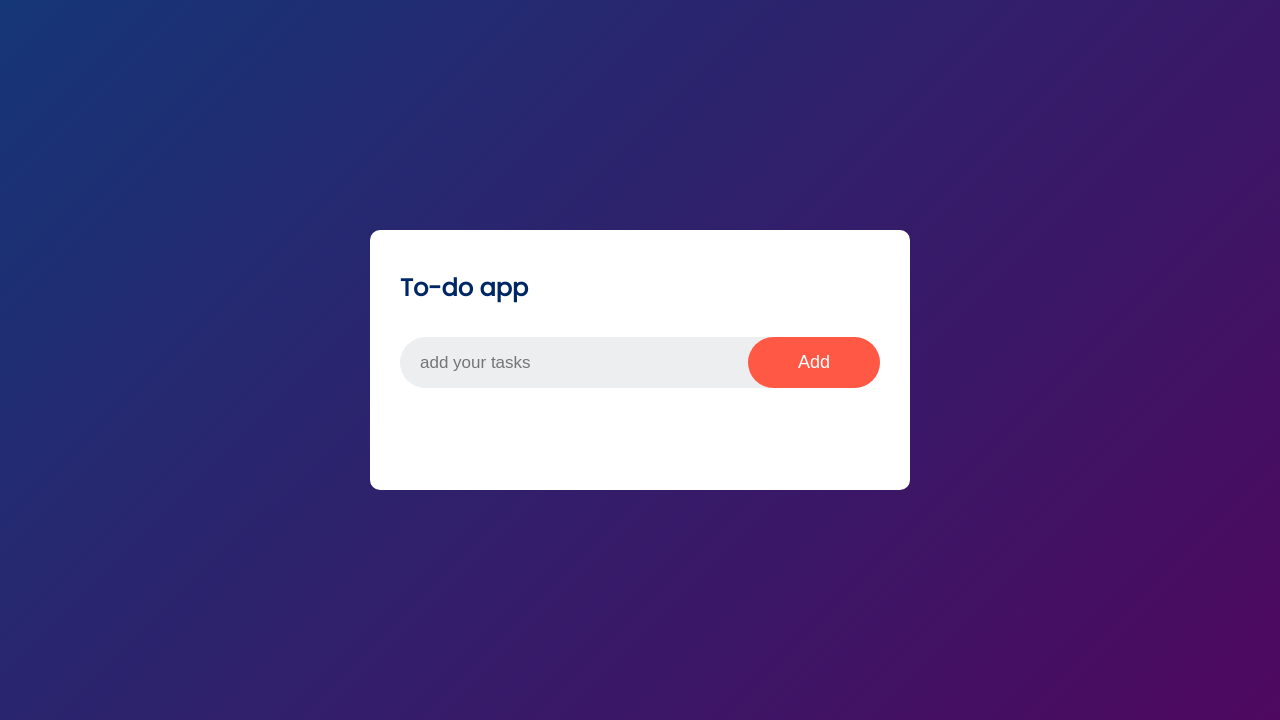
Repository: samoshi/To-do
Page: http://localhost/
These files come from the project's save history. The page is drawn as it stood at one moment and after the next save; the edit follows.
The browser window is 1280 px wide. The pictures show the whole page.
The page is served by the project's application, run on Flask 3 (app/app.py).

Above is the page before, as saved 2024-01-14 12:05:35.

After the next save:
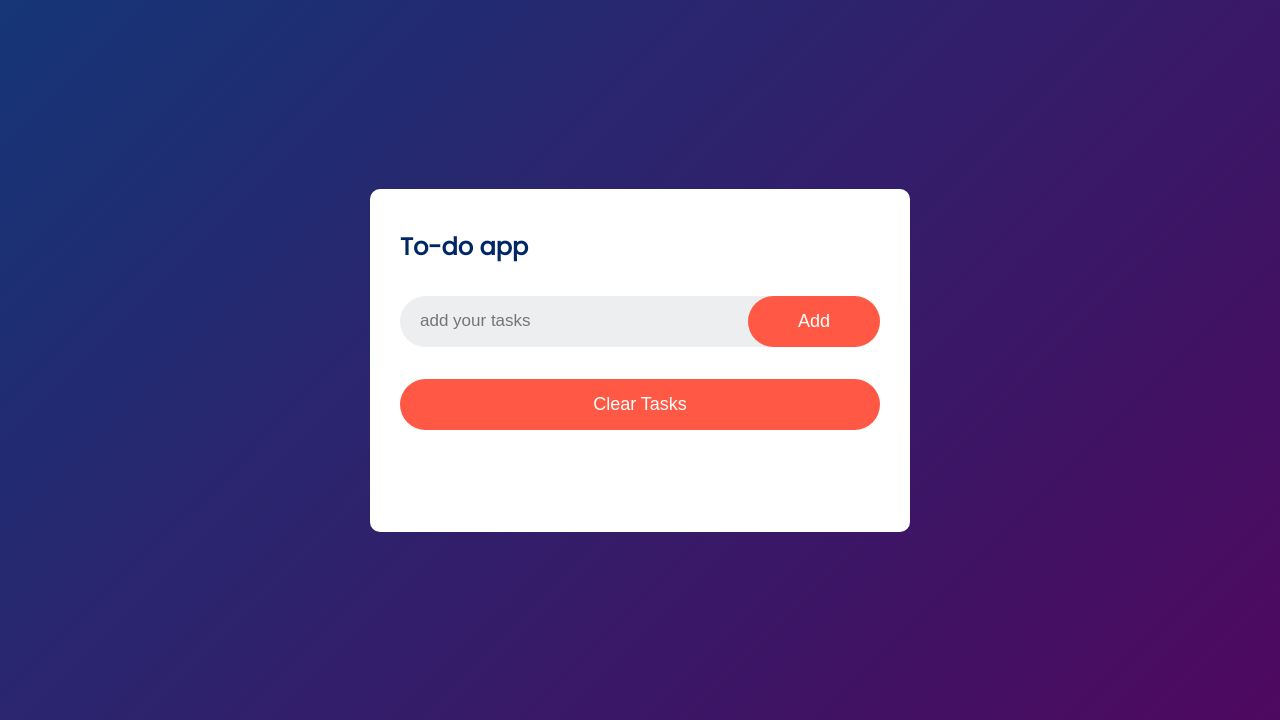
Saved 56 s later.
--- a/app/templates/index.html
+++ b/app/templates/index.html
@@ -21,6 +21,7 @@
                 <input type="text" id="input-box" placeholder="add your tasks" required>
                 <button>Add</button>
             </div>
+            <button onclick="clearTasks()">Clear Tasks</button>
             <ul id="list-container">
                 {% for task in tasks %}
                     <li data-task-id="{{ loop.index-1 }}" class="{% if task.completed %}checked{% endif %}">
